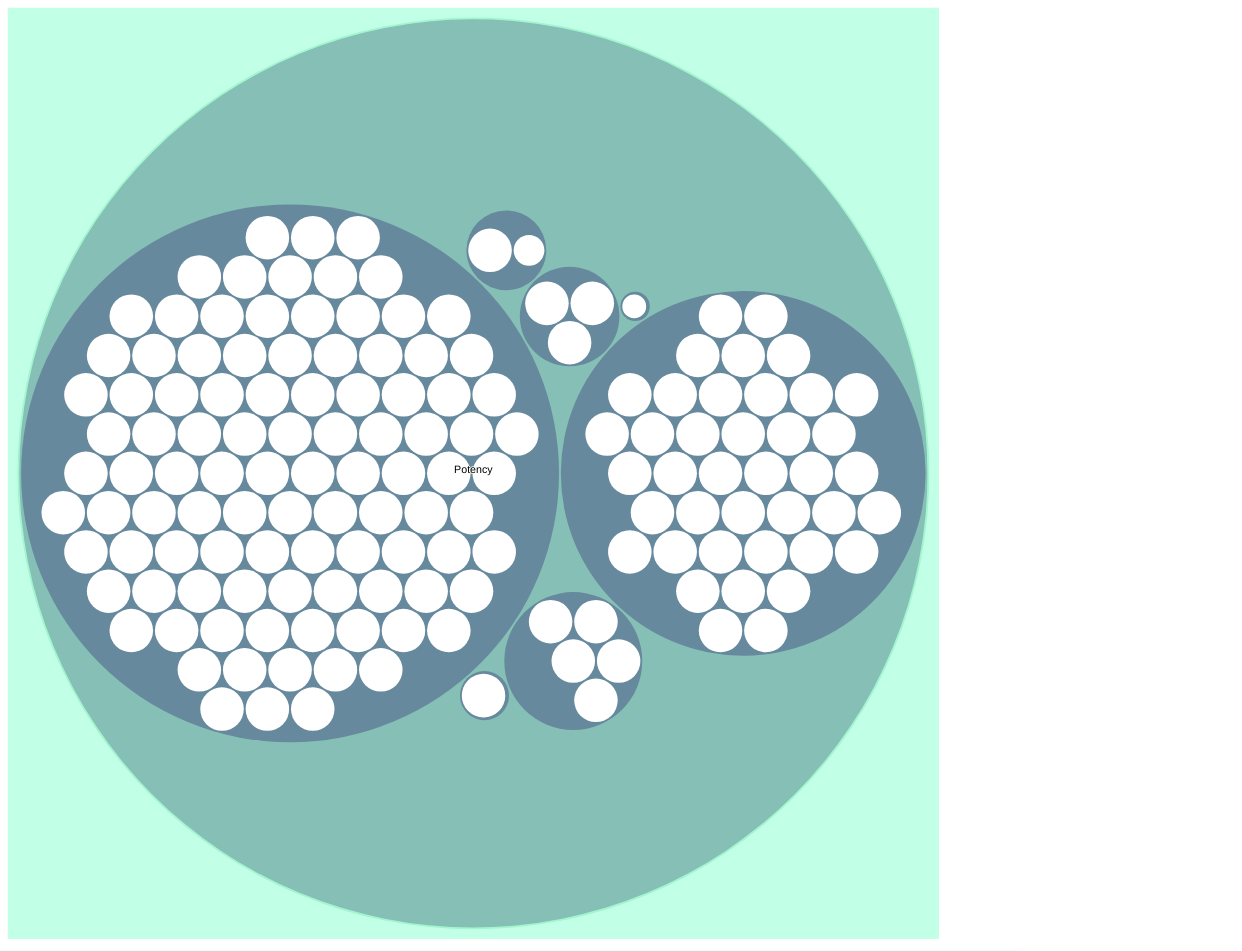
Repository: m0llyc00k/ms-2
Page: clusters/index.html
The author's editor kept a record of every edit. The page is drawn from the files as they stood at one moment, then again after the next edit.
The browser window is 1280 px wide. The pictures show the whole page, at 97% of full size.

Above is the page before.

After the next edit:
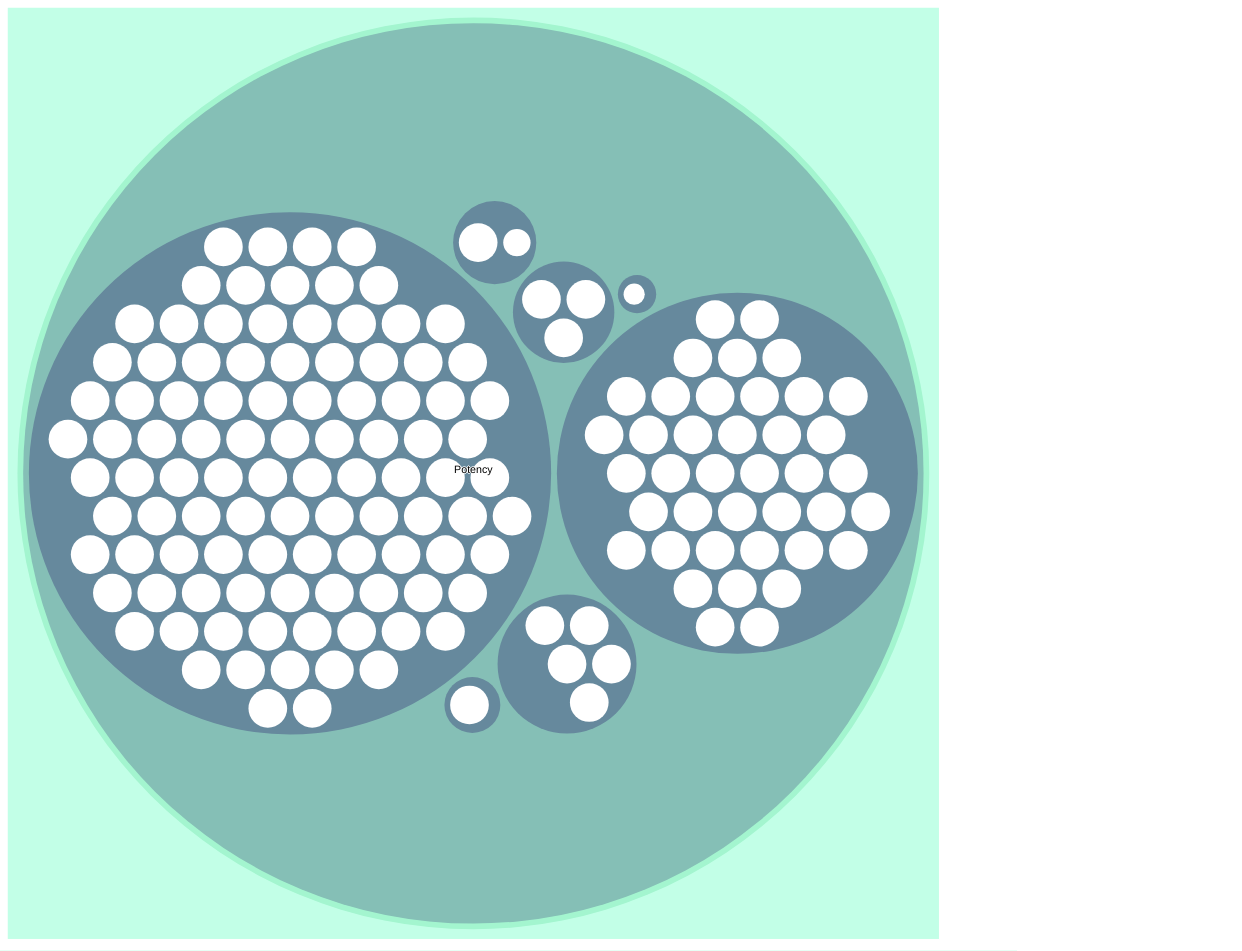
The edit:
--- a/clusters/index.html
+++ b/clusters/index.html
@@ -43,8 +43,8 @@
     // .interpolate(d3.interpolateHcl);
 
 var pack = d3.pack()
-    .size([diameter - margin, diameter - margin])
-    .padding(2);
+    .size([diameter - margin , diameter - margin ])
+    .padding(7);
 
 
 d3.json("morph.json").then(function(root) {
